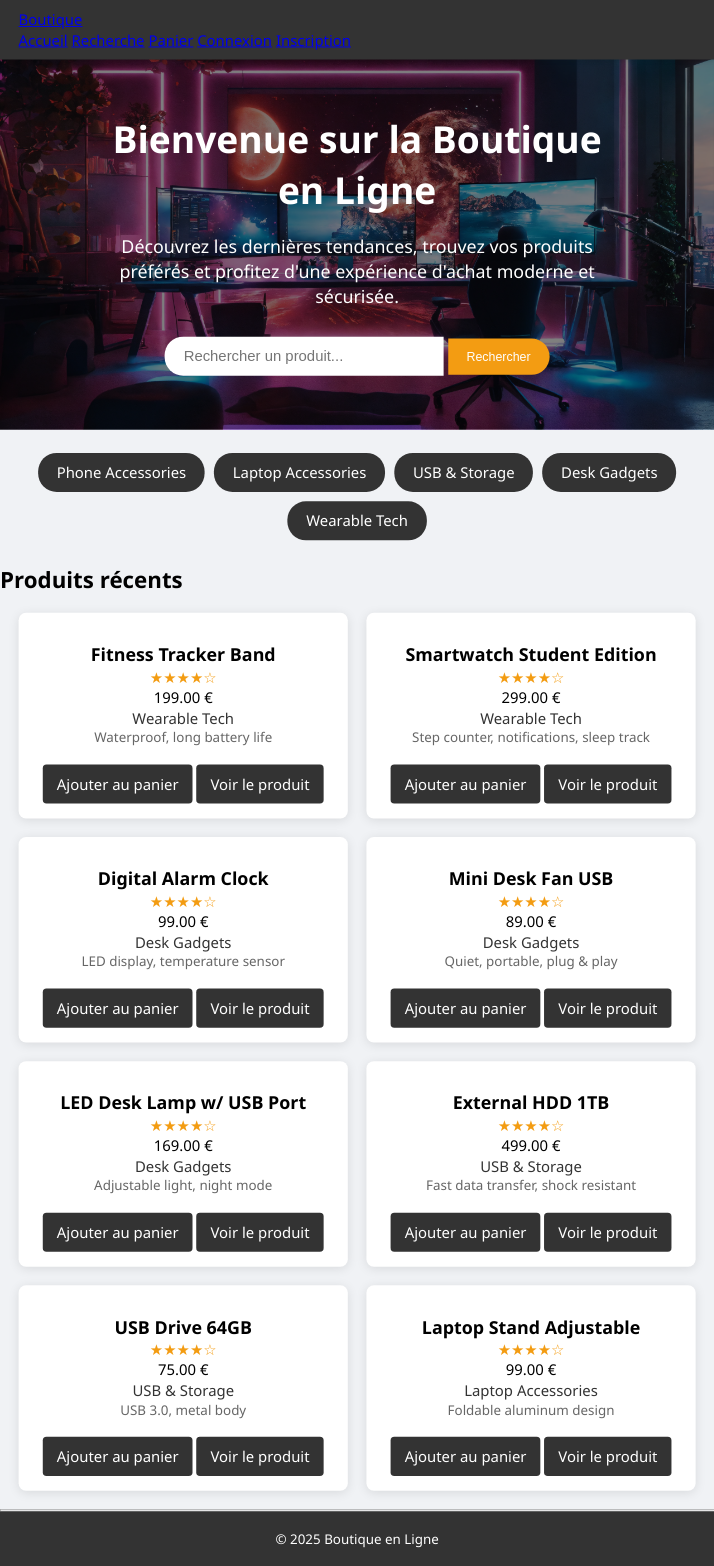
Repository: kiraj-walid/ecomerce
Page: http://localhost/
An editor plug-in stored every save of this project. The page is shown before and after a run of saves, followed by the edit.
The browser window is 768 px wide. The pictures show the whole page, at 93% of full size.
The page is run by PHP 8.4 with error messages shown; the project is at /var/www/html/. The database holds what the project's SQL file puts in it. Queries for data that is not in the repository find no rows.

Above is the page before, as saved 2025-05-07 15:13:09.

After the next 2 saves:
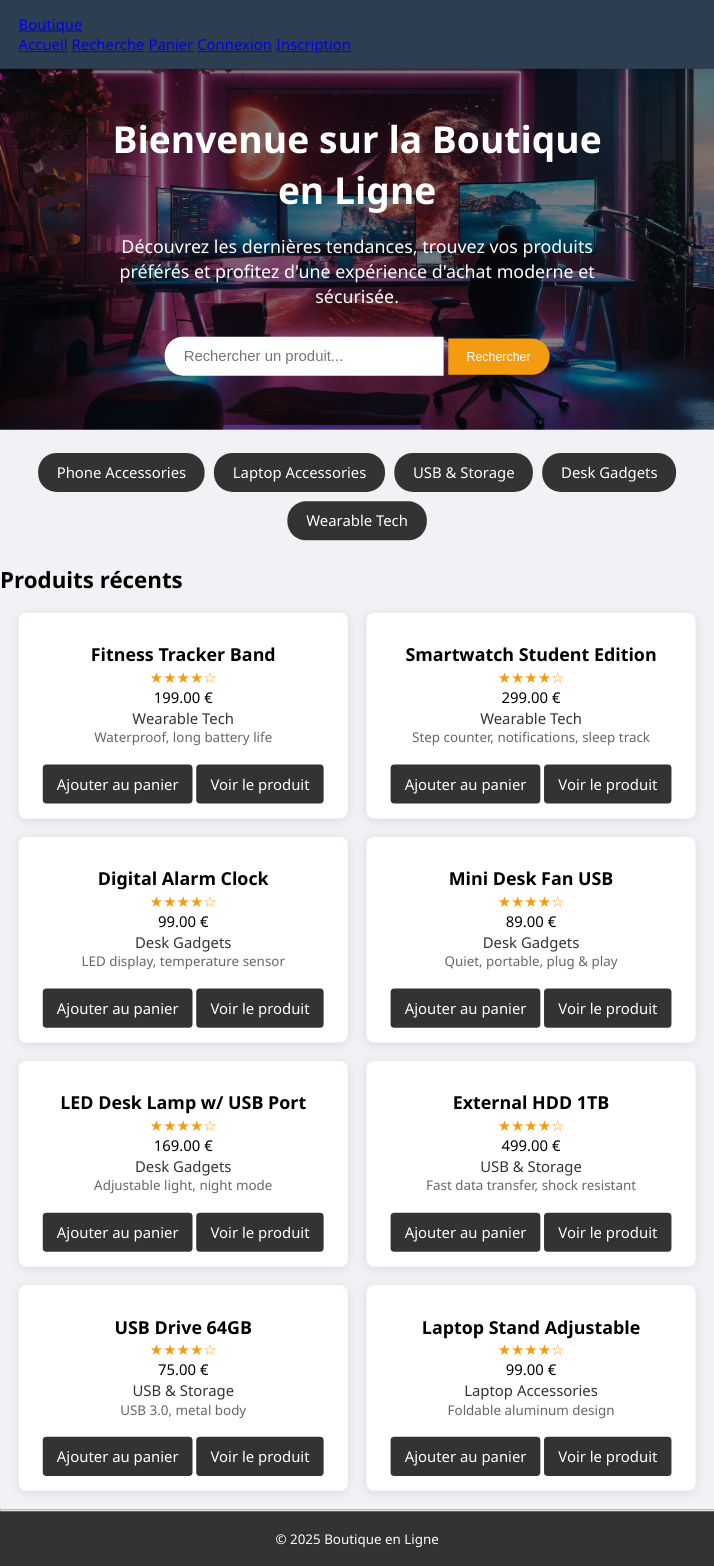
The 2 saves are shown as one change because they came seconds apart.
The last was saved 93 s later.
--- a/assets/css/style.css
+++ b/assets/css/style.css
@@ -13,6 +13,101 @@
 
 /* Navbar */
 nav {
+    background-color: #2C3E50; /* Dark blue */
+    padding: 15px 20px;
+    position: fixed;
+    top: 0;
+    left: 0;
+    width: 100%;
+    z-index: 10;
+    box-shadow: 0 4px 10px rgba(0, 0, 0, 0.1);
+}
+
+/* Navbar Container */
+nav .nav-container {
+    display: flex;
+    justify-content: space-between;
+    align-items: center;
+    max-width: 1200px;
+    margin: 0 auto;
+}
+
+/* Logo */
+nav .logo {
+    font-size: 1.8em;
+    color: white;
+    font-weight: bold;
+    text-transform: uppercase;
+    text-decoration: none;
+    letter-spacing: 1px;
+}
+
+/* Centered navigation links */
+nav .nav-links {
+    display: flex;
+    gap: 25px;
+    margin-left: auto;
+    margin-right: auto; /* Centering the links */
+}
+
+nav .nav-links a {
+    color: white;
+    text-decoration: none;
+    font-size: 1.1em;
+    padding: 8px 15px;
+    border-radius: 30px;
+    transition: background-color 0.3s ease, color 0.3s ease;
+}
+
+nav .nav-links a:hover {
+    background-color: #F39C12; /* Golden color on hover */
+    color: #2C3E50;
+}
+
+/* Auth links on the right (Sign In / Sign Out) */
+nav .auth-links {
+    display: flex;
+    gap: 15px;
+}
+
+nav .sign-in-btn, nav .sign-out-btn {
+    color: white;
+    text-decoration: none;
+    font-size: 1.1em;
+    font-weight: bold;
+    padding: 10px 20px;
+    background-color: #2980B9; /* Blue background */
+    border-radius: 30px;
+    transition: background-color 0.3s ease;
+}
+
+nav .sign-in-btn:hover, nav .sign-out-btn:hover {
+    background-color: #3498DB; /* Lighter blue on hover */
+    color: white;
+}
+
+/* Make navbar responsive */
+@media (max-width: 768px) {
+    nav .nav-container {
+        flex-direction: column;
+        align-items: flex-start;
+    }
+
+    nav .nav-links {
+        flex-direction: column;
+        align-items: flex-start;
+        margin-left: 0;
+        margin-top: 15px;
+    }
+
+    nav .auth-links {
+        margin-top: 15px;
+        flex-direction: column;
+        align-items: flex-start;
+    }
+
+/* Navbar */
+/* nav {
     background-color: #333;
     padding: 10px 20px;
     position: fixed;
@@ -56,7 +151,7 @@
 nav .nav-links a:hover {
     background-color: #f39c12;
     color: #333;
-}
+} */
 
 /* Hero Section */
 .hero-section {

After the save that followed:
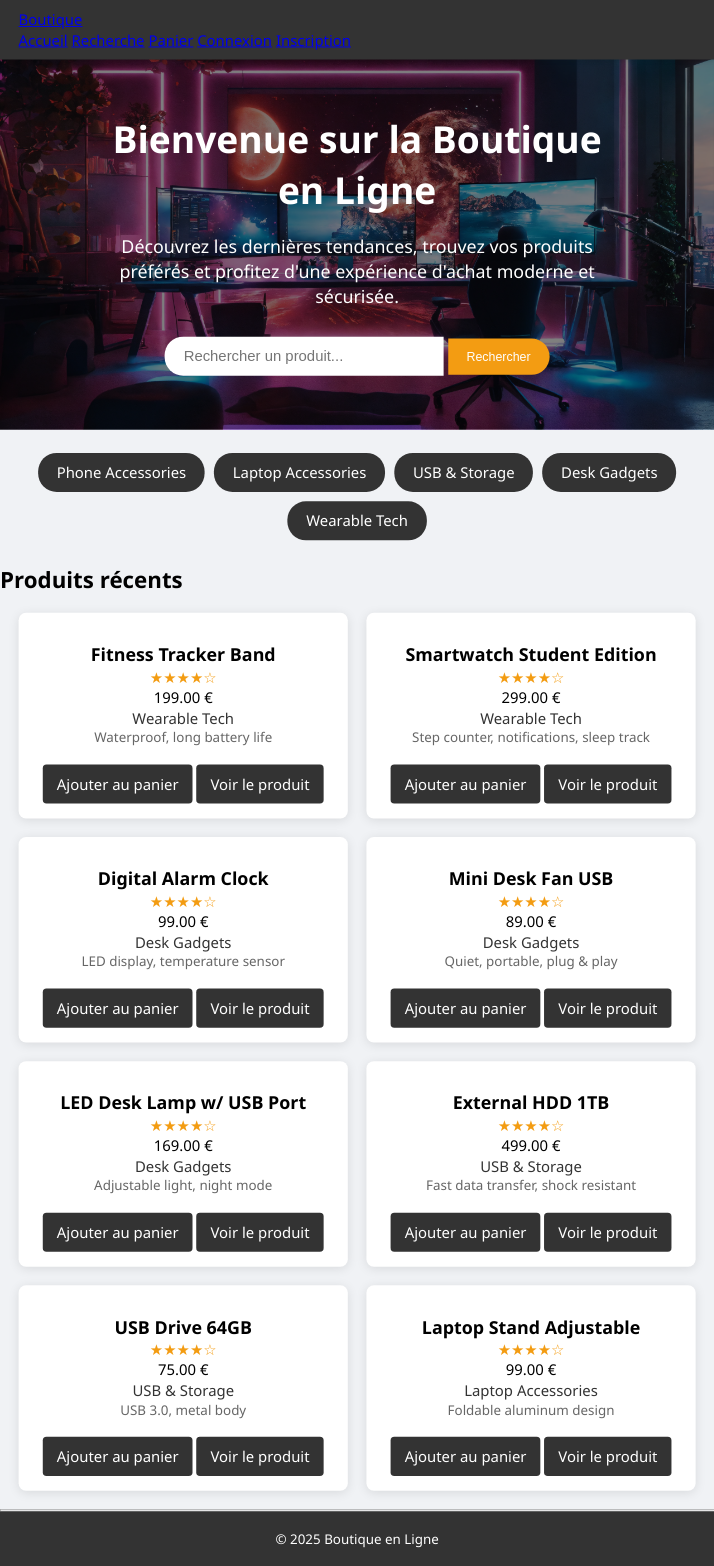
Saved 18 s later.
--- a/assets/css/style.css
+++ b/assets/css/style.css
@@ -13,101 +13,6 @@
 
 /* Navbar */
 nav {
-    background-color: #2C3E50; /* Dark blue */
-    padding: 15px 20px;
-    position: fixed;
-    top: 0;
-    left: 0;
-    width: 100%;
-    z-index: 10;
-    box-shadow: 0 4px 10px rgba(0, 0, 0, 0.1);
-}
-
-/* Navbar Container */
-nav .nav-container {
-    display: flex;
-    justify-content: space-between;
-    align-items: center;
-    max-width: 1200px;
-    margin: 0 auto;
-}
-
-/* Logo */
-nav .logo {
-    font-size: 1.8em;
-    color: white;
-    font-weight: bold;
-    text-transform: uppercase;
-    text-decoration: none;
-    letter-spacing: 1px;
-}
-
-/* Centered navigation links */
-nav .nav-links {
-    display: flex;
-    gap: 25px;
-    margin-left: auto;
-    margin-right: auto; /* Centering the links */
-}
-
-nav .nav-links a {
-    color: white;
-    text-decoration: none;
-    font-size: 1.1em;
-    padding: 8px 15px;
-    border-radius: 30px;
-    transition: background-color 0.3s ease, color 0.3s ease;
-}
-
-nav .nav-links a:hover {
-    background-color: #F39C12; /* Golden color on hover */
-    color: #2C3E50;
-}
-
-/* Auth links on the right (Sign In / Sign Out) */
-nav .auth-links {
-    display: flex;
-    gap: 15px;
-}
-
-nav .sign-in-btn, nav .sign-out-btn {
-    color: white;
-    text-decoration: none;
-    font-size: 1.1em;
-    font-weight: bold;
-    padding: 10px 20px;
-    background-color: #2980B9; /* Blue background */
-    border-radius: 30px;
-    transition: background-color 0.3s ease;
-}
-
-nav .sign-in-btn:hover, nav .sign-out-btn:hover {
-    background-color: #3498DB; /* Lighter blue on hover */
-    color: white;
-}
-
-/* Make navbar responsive */
-@media (max-width: 768px) {
-    nav .nav-container {
-        flex-direction: column;
-        align-items: flex-start;
-    }
-
-    nav .nav-links {
-        flex-direction: column;
-        align-items: flex-start;
-        margin-left: 0;
-        margin-top: 15px;
-    }
-
-    nav .auth-links {
-        margin-top: 15px;
-        flex-direction: column;
-        align-items: flex-start;
-    }
-
-/* Navbar */
-/* nav {
     background-color: #333;
     padding: 10px 20px;
     position: fixed;
@@ -151,7 +56,7 @@
 nav .nav-links a:hover {
     background-color: #f39c12;
     color: #333;
-} */
+}
 
 /* Hero Section */
 .hero-section {
